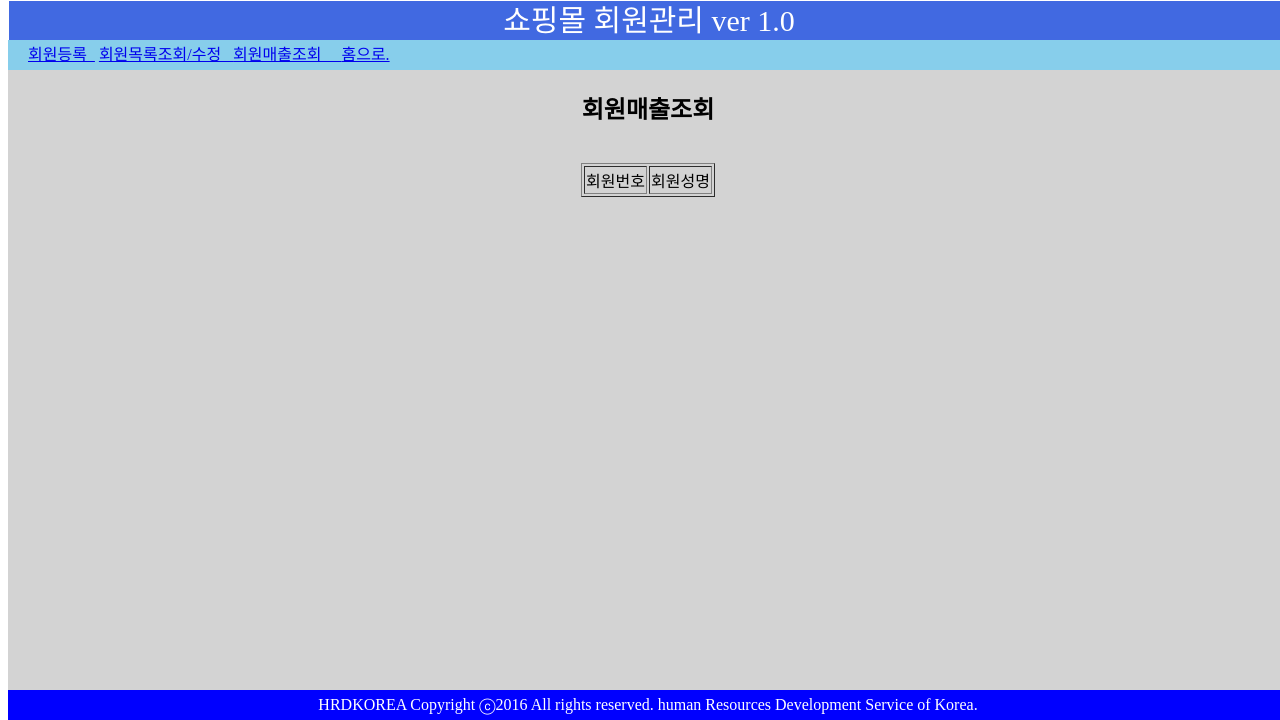
Repository: GotChun/license_practice
Page: http://localhost/HRD_8155/salary.jsp
An editor plug-in stored every save of this project. The page is shown before and after the next save, followed by the edit.
The browser window is 1280 px wide. The pictures show the whole page.
The page is served by Tomcat 9. Other server files are loaded and not shown.

Above is the page before, as saved 2025-02-19 15:07:28.

### HRD_8155/src/main/webapp/salary.jsp
<%@ page language="java" contentType="text/html; charset=UTF-8"
	pageEncoding="UTF-8"%>
<!DOCTYPE html>
<html>
<head>
<meta charset="UTF-8">
<title>salary</title>
</head>
<body>
	<jsp:include page="header.jsp"></jsp:include>

	<section
		style="position: fixed; top: 70px; width: 100%; height: 100%; background-color: lightgray;">
		<h2 style="text-align: center;">
			<b>회원매출조회</b>
		</h2>
		<br>
		<form style="display: flex; justify-content: center; align-items: center; text-align: center;">
		<table border="1">
		<tr>
			<td>회원번호</td>
			<td>회원성명</td>
		</tr>
		</table>
		</form>
	</section>

	<jsp:include page="footer.jsp"></jsp:include>
</body>
</html>

### HRD_8155/src/main/webapp/header.jsp
<%@ page language="java" contentType="text/html; charset=UTF-8"
    pageEncoding="UTF-8"%>
<!DOCTYPE html>
<html>
<head>
<meta charset="UTF-8">
<title>header</title>
</head>
<body>

	<header style=" position: fixed; top:0px; width: 100%; height:40px;
	 border:1px solid; background-color:royalblue; text-align: center; line-height:40px; font-size:30px; color:white;">쇼핑몰 회원관리 ver 1.0	</header>

	 <nav style="position:fixed; top:40px; width:100%; height:30px; line-height:30px;
	 background-color:skyblue; color:white; padding-left:20px;">
	 <a href="join.jsp">회원등록&nbsp;&nbsp;</a>
	  <a href="list.jsp">회원목록조회/수정&nbsp;&nbsp;  </a>
	  <a href="salary.jsp">회원매출조회&nbsp;&nbsp;&nbsp;&nbsp;  </a>
	  <a href="index.jsp">홈으로. </a>
	 </nav>

</body>
</html>

### HRD_8155/src/main/webapp/footer.jsp
<%@ page language="java" contentType="text/html; charset=UTF-8"
    pageEncoding="UTF-8"%>
<!DOCTYPE html>
<html>
<head>
<meta charset="UTF-8">
<title>footer</title>
</head>
<body>
	 <footer style=" position:fixed; bottom:0px; text-align:center; width:100%; height:30px; background-color:blue; line-height:30px; color:white;">
	 HRDKOREA Copyright ⓒ2016 All rights reserved. human Resources Development Service of Korea. </footer>
</body>
</html>

After the next save:
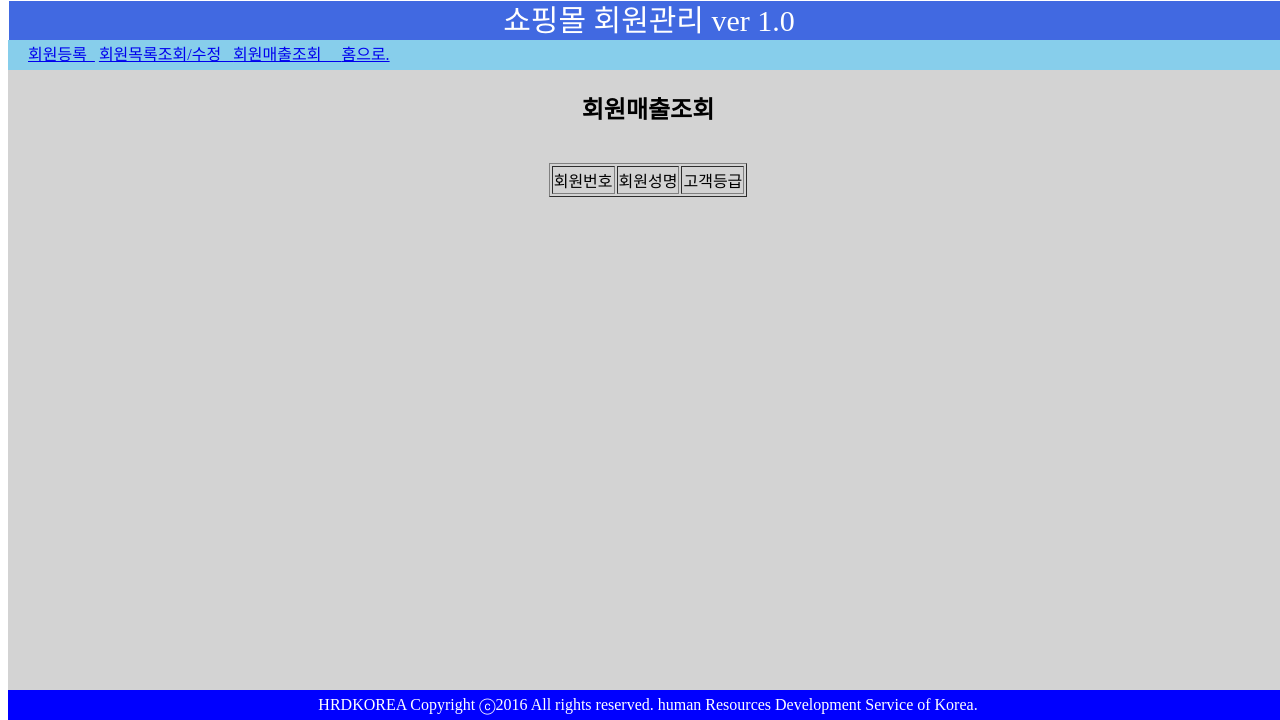
Saved 7 s later.
--- a/HRD_8155/src/main/webapp/salary.jsp
+++ b/HRD_8155/src/main/webapp/salary.jsp
@@ -20,6 +20,7 @@
 		<tr>
 			<td>회원번호</td>
 			<td>회원성명</td>
+			<td>고객등급</td>
 		</tr>
 		</table>
 		</form>
